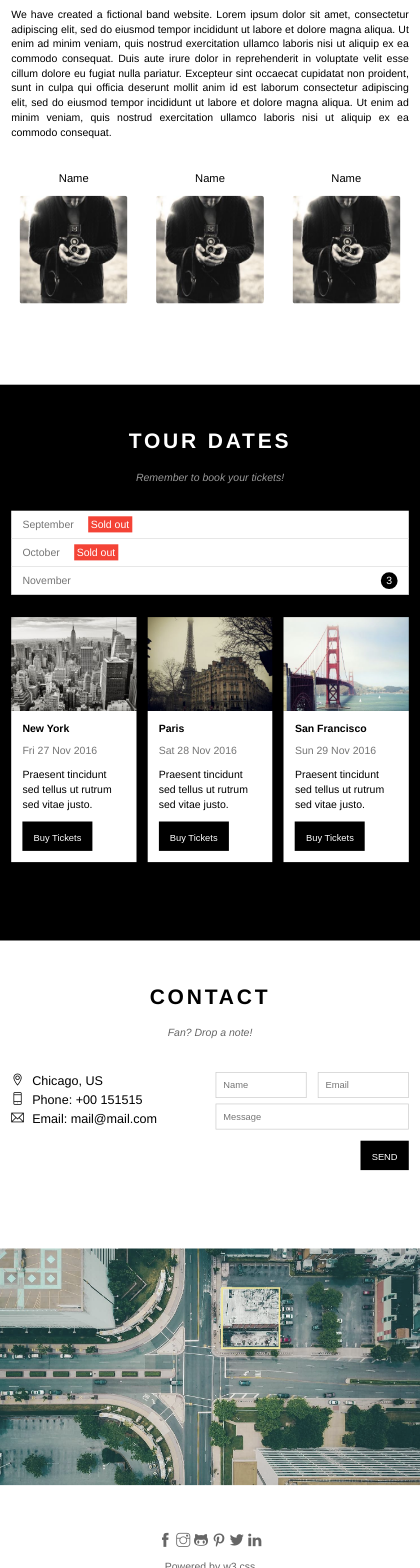
Repository: phongngotrong/w3school_reup
Page: index.html
These files come from the project's save history. The page is drawn as it stood at one moment and after the next save; the edit follows.
The browser window is 600 px wide. The pictures show the part of the page from y = 491 to 2731 px (the page is 2801 px tall before and 2992 px after), at 70% of full size.

Above is the page before, as saved 2022-02-13 15:48:48.

After the next save:
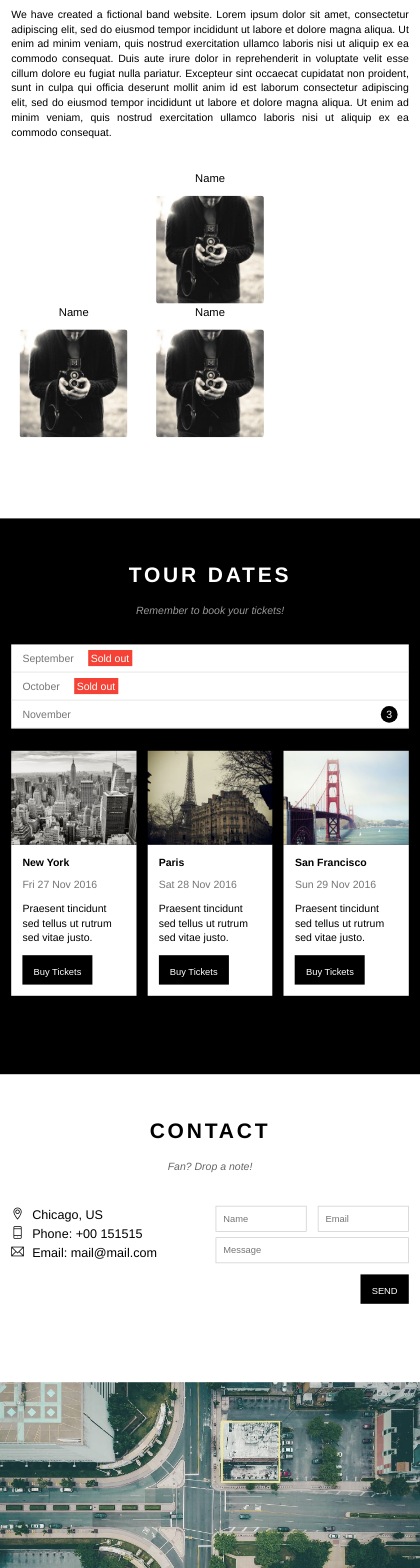
Saved 16 s later.
--- a/assets/css/responsive.css
+++ b/assets/css/responsive.css
@@ -45,4 +45,8 @@
   #header .mobile-menu-btn {
     display: block;
   }
+
+  #content .item-member {
+    width: 100%;
+  }
 }

After the save that followed:
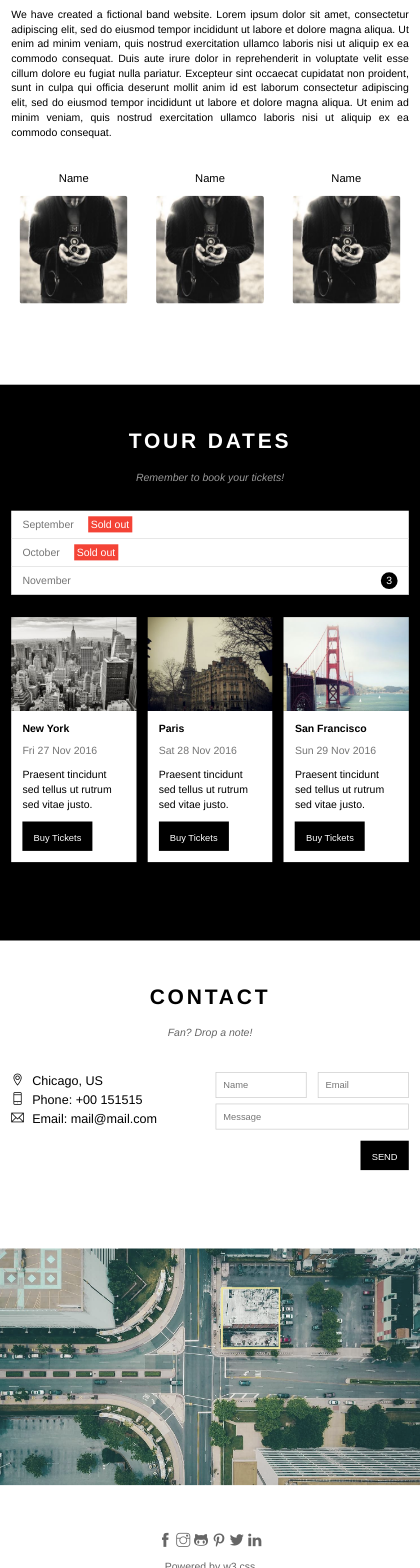
Saved 38 s later.
--- a/assets/css/responsive.css
+++ b/assets/css/responsive.css
@@ -46,7 +46,7 @@
     display: block;
   }
 
-  #content .item-member {
+  #content item-member {
     width: 100%;
   }
 }
